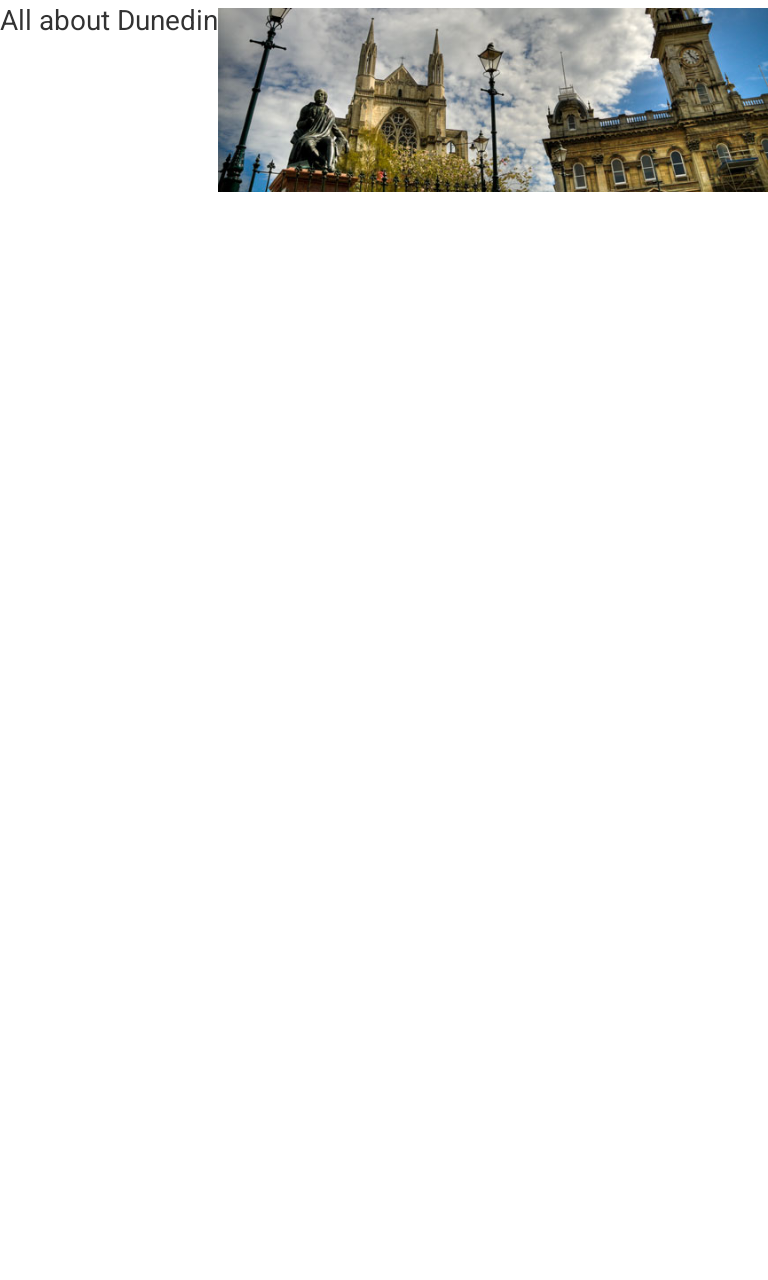
Repository: sam-stewart/in721
Layout: NavListView/res/layout/activity_main.xml
An editor plug-in stored every save of this project. The layout is shown before and after the next save, followed by the edit.
It is drawn on a 768 x 1280 px phone screen (xhdpi) without system bars, with theme AppTheme; the app's code is not run. Lists and similar views that code fills are empty.

Above is the layout before, as saved 2015-03-12 03:44:07.

### NavListView/res/layout/activity_main.xml
<android.support.v4.widget.DrawerLayout
    xmlns:android="http://schemas.android.com/apk/res/android"
    android:layout_width="match_parent"
    android:layout_height="match_parent" >

    <LinearLayout >
    		<TextView
        		android:id="@+id/textView"
        		android:layout_width="wrap_content"
        		android:layout_height="wrap_content"
        		android:text="All about Dunedin" />

    		<ImageView
       		android:id="@+id/imageView1"
        		android:layout_width="match_parent"
        		android:layout_height="100dp"
        		android:layout_below="@id/textView"
        		android:contentDescription="header"
        		android:src="@drawable/octagon" />
     </LinearLayout>

    <ListView
        android:id="@+id/left_drawer"
        android:layout_width="150dp"
        android:layout_height="match_parent"
        android:layout_gravity="start"
        android:choiceMode="singleChoice"
        android:divider="@android:color/transparent"
        android:dividerHeight="0dp"
        android:background="#111"
        />

</android.support.v4.widget.DrawerLayout>

Loaded but not shown: NavListView/res/values/styles.xml (common file); NavListView/res/values-v11/styles.xml (common file); NavListView/res/values-v14/styles.xml (common file)

After the next save:
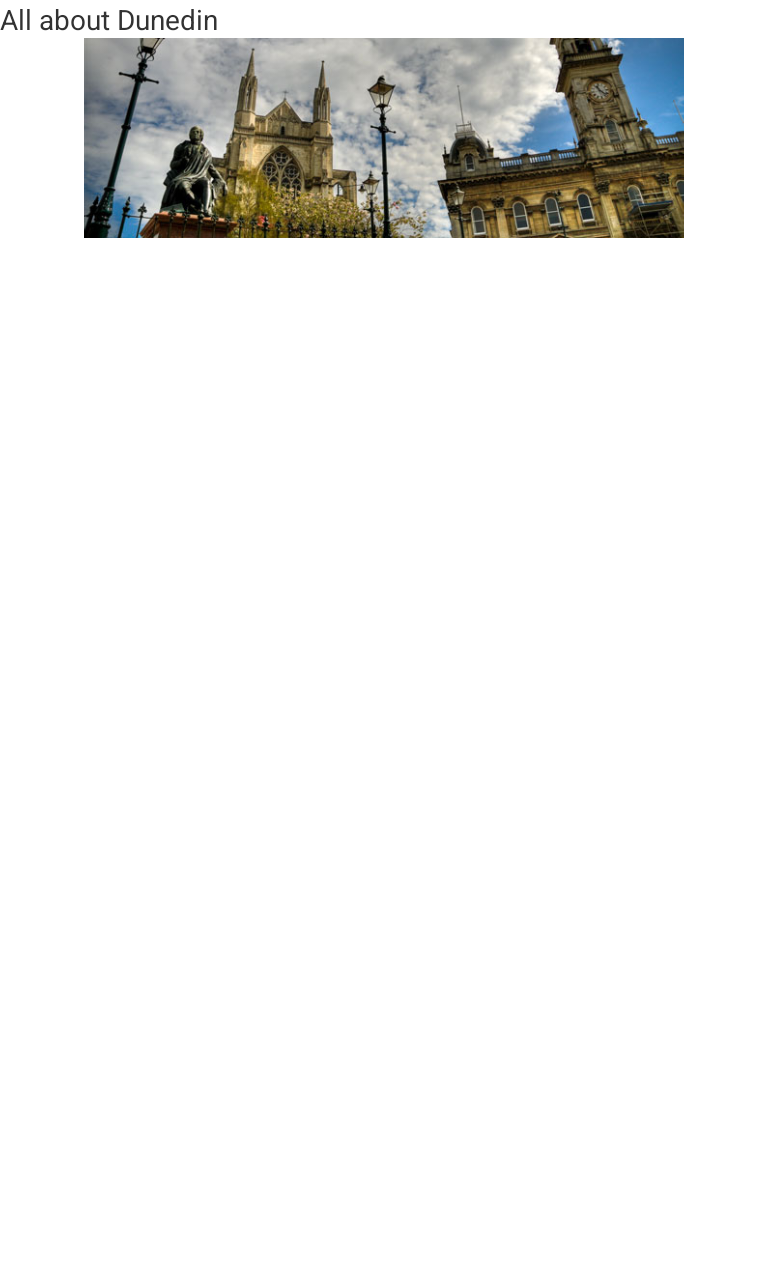
Saved 34 s later.
--- a/NavListView/res/layout/activity_main.xml
+++ b/NavListView/res/layout/activity_main.xml
@@ -3,7 +3,7 @@
     android:layout_width="match_parent"
     android:layout_height="match_parent" >
 
-    <LinearLayout >
+    <RelativeLayout>
     		<TextView
         		android:id="@+id/textView"
         		android:layout_width="wrap_content"
@@ -17,7 +17,7 @@
         		android:layout_below="@id/textView"
         		android:contentDescription="header"
         		android:src="@drawable/octagon" />
-     </LinearLayout>
+     </RelativeLayout>
 
     <ListView
         android:id="@+id/left_drawer"
